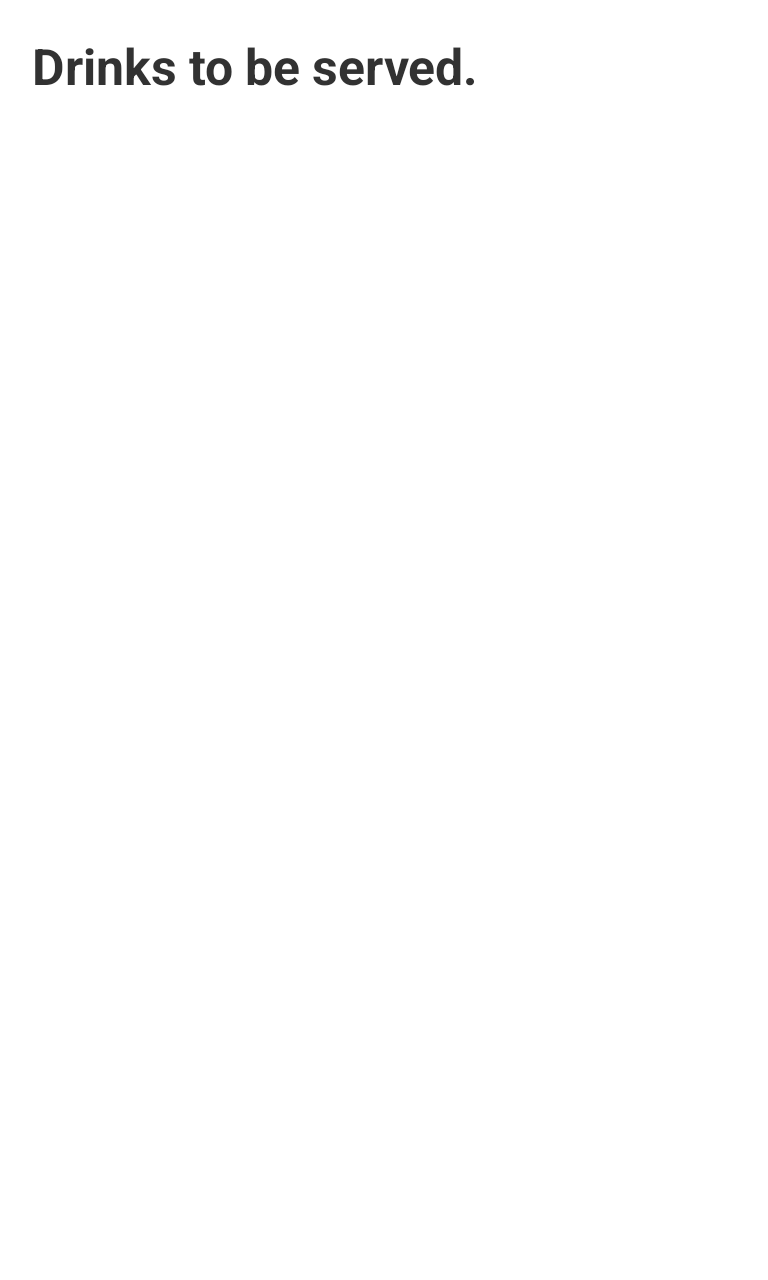
Repository: PotatoBiscuit/Thirstbuster
Layout: MobApp/workspace/DrinkAndGo/res/layout/activity_server.xml
An editor plug-in stored every save of this project. The layout is shown before and after the next save, followed by the edit.
It is drawn on a 768 x 1280 px phone screen (xhdpi) without system bars, with theme AppTheme; the app's code is not run.

Above is the layout before, as saved 2016-04-24 00:55:22.

### MobApp/workspace/DrinkAndGo/res/layout/activity_server.xml
<RelativeLayout xmlns:android="http://schemas.android.com/apk/res/android"
    xmlns:tools="http://schemas.android.com/tools"
    android:layout_width="match_parent"
    android:layout_height="match_parent"
    android:gravity="center_horizontal"
    android:orientation="vertical"
    android:paddingBottom="@dimen/activity_vertical_margin"
    android:paddingLeft="@dimen/activity_horizontal_margin"
    android:paddingRight="@dimen/activity_horizontal_margin"
    android:paddingTop="@dimen/activity_vertical_margin"
    tools:context="com.CS477.drinkandgo.activities.ServerActivity" >

    <TextView
        android:layout_width="wrap_content"
        android:layout_height="wrap_content"
        android:text="@string/served"
        android:textSize="@dimen/title_size2"
        android:textStyle="bold" />

    <ScrollView
        android:id="@+id/scrollView1"
        android:layout_width="match_parent"
        android:layout_height="wrap_content" >

        <LinearLayout
            android:id="@+id/drinkList"
            android:layout_width="match_parent"
            android:layout_height="wrap_content"
            android:gravity="center_horizontal"
            android:orientation="vertical" >

        </LinearLayout>
    </ScrollView>

</RelativeLayout>

### MobApp/workspace/DrinkAndGo/res/values/dimens.xml
<resources>

    <!-- Default screen margins, per the Android Design guidelines. -->
    <dimen name="activity_horizontal_margin">16dp</dimen>
    <dimen name="activity_vertical_margin">16dp</dimen>
    <dimen name="title_size">72px</dimen>
    <dimen name="button_margin">10dp</dimen>
    <dimen name="title_margin">50dp</dimen>
    <dimen name="title_size2">25dp</dimen>

</resources>

### MobApp/workspace/DrinkAndGo/res/values/strings.xml
<?xml version="1.0" encoding="utf-8"?>
<resources>

    <string name="app_name">DrinkAndGo</string>
    <string name="sign_in">Sign In</string>
    <string name="sign_up">Sign Up</string>
    <string name="title_activity_sign_in">SignInActivity</string>
    <string name="hello_world">Hello world!</string>
    <string name="action_settings">Settings</string>
    <string name="title_activity_sign_up">SignUpActivity</string>
    <string name="username">Username</string>
    <string name="password">Password</string>
    <string name="submit">Submit</string>
    <string name="title_activity_venue_search">VenueSearchActivity</string>
    <string name="name">Name</string>
    <string name="confirm_password">Re-enter Password</string>
    <string name="card_number">Credit Card Number</string>
    <string name="password_error">Passwords do not match!</string>
    <string name="input_error">All fields must be filled!</string>
    <string name="username_error">Username or password is incorrect!</string>
    <string name="username_not_unique">Username is already taken!</string>
    <string name="search_venue">Search Venue</string>
    <string name="search">Search</string>
    <string name="select">Select</string>
    <string name="title_activity_menu">MenuActivity</string>
    <string name="back">Back</string>
    <string name="cart">Cart</string>
    <string name="title_activity_cart">CartActivity</string>
    <string name="order">Order</string>
    <string name="self">Self-Service</string>
    <string name="table">Table-Service</string>
    <string name="table_num">Table Number</string>
    <string name="enter_table_num">Enter Table Number</string>
    <string name="title_activity_order">OrderActivity</string>
    <string name="order_number">Order Number</string>
    <string name="status">Status</string>
    <string name="home">Return</string>
    <string name="new_order">New</string>
    <string name="favorites">Favorites</string>
    <string name="title_activity_favorites">FavoritesActivity</string>
    <string name="title_activity_server">ServerActivity</string>
    <string name="served">Drinks to be served.</string>

</resources>

Loaded but not shown: MobApp/workspace/DrinkAndGo/res/values/styles.xml (common file); MobApp/workspace/DrinkAndGo/res/values-v11/styles.xml (common file); MobApp/workspace/DrinkAndGo/res/values-v14/styles.xml (common file); MobApp/workspace/DrinkAndGo/res/values-w820dp/dimens.xml (common file)

After the next save:
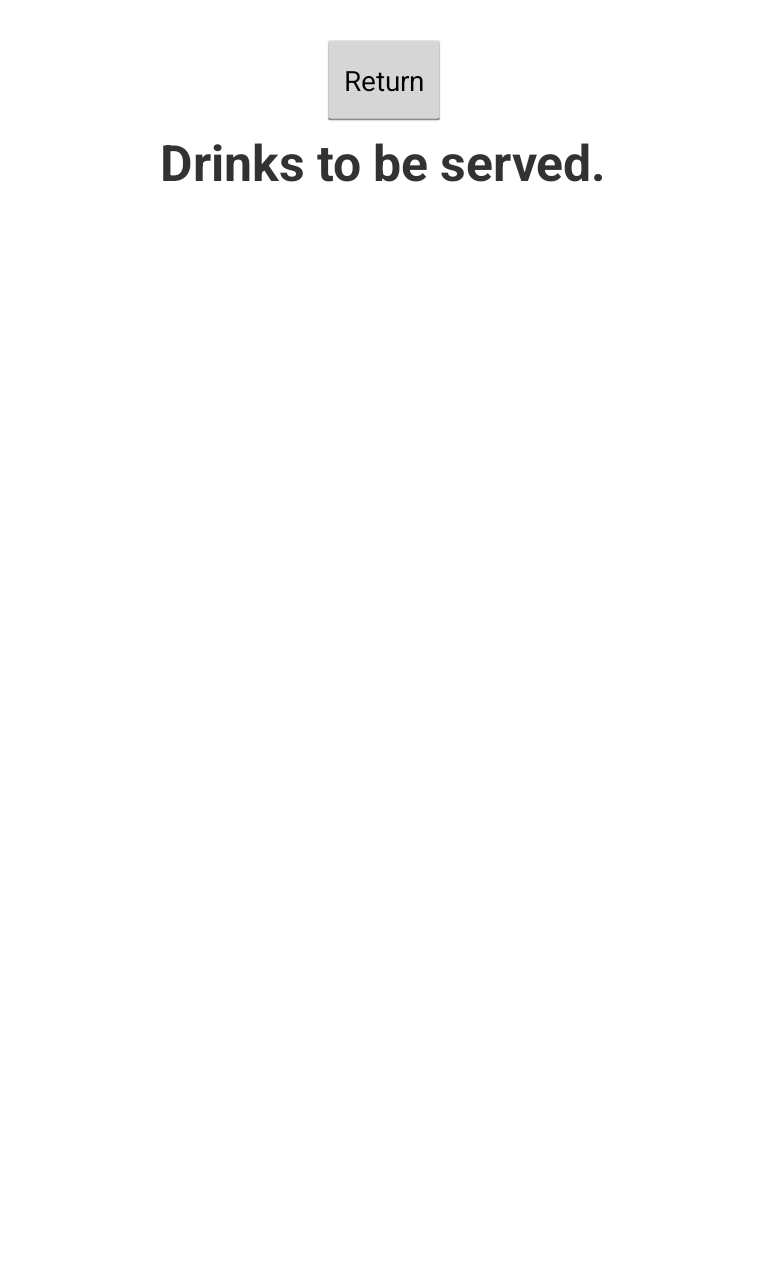
Saved 2 min 11 s later.
--- a/MobApp/workspace/DrinkAndGo/res/layout/activity_server.xml
+++ b/MobApp/workspace/DrinkAndGo/res/layout/activity_server.xml
@@ -1,4 +1,4 @@
-<RelativeLayout xmlns:android="http://schemas.android.com/apk/res/android"
+<LinearLayout xmlns:android="http://schemas.android.com/apk/res/android"
     xmlns:tools="http://schemas.android.com/tools"
     android:layout_width="match_parent"
     android:layout_height="match_parent"
@@ -9,6 +9,14 @@
     android:paddingRight="@dimen/activity_horizontal_margin"
     android:paddingTop="@dimen/activity_vertical_margin"
     tools:context="com.CS477.drinkandgo.activities.ServerActivity" >
+
+    <Button
+        android:id="@+id/button1"
+        style="?android:attr/buttonStyleSmall"
+        android:layout_width="wrap_content"
+        android:layout_height="wrap_content"
+        android:text="@string/home"
+        android:onClick="goBack" />
 
     <TextView
         android:layout_width="wrap_content"
@@ -32,4 +40,4 @@
         </LinearLayout>
     </ScrollView>
 
-</RelativeLayout>
+</LinearLayout>
